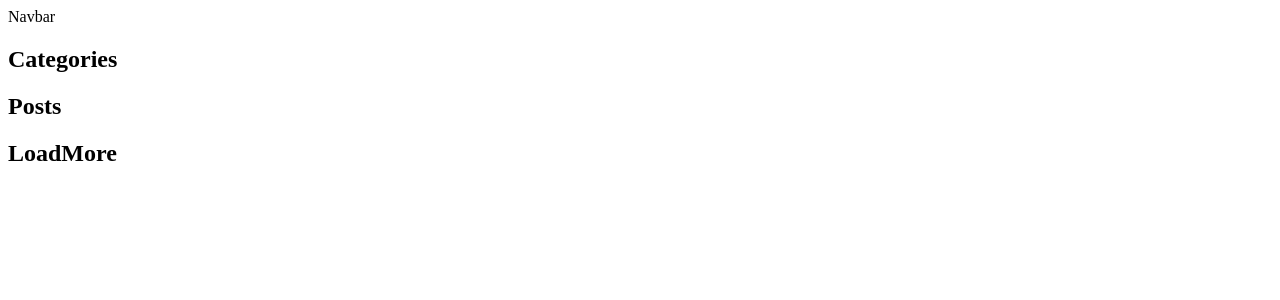
Repository: YUKIKAZE-nanoda/shigure_grafbase
Page: /
These files come from the project's save history. The page is drawn as it stood at one moment and after the next save; the edit follows.
The browser window is 1280 px wide. The pictures show the whole page.
The project was rebuilt for these pictures with package versions that can differ from the ones it lists, and the page was loaded fresh each time. The framework's server and built-in components were replaced by stand-ins that run in the browser. Also part of the build but not shown: next.config.js.

Above is the page before, as saved 2023-07-15 10:22:06.

After the next save:
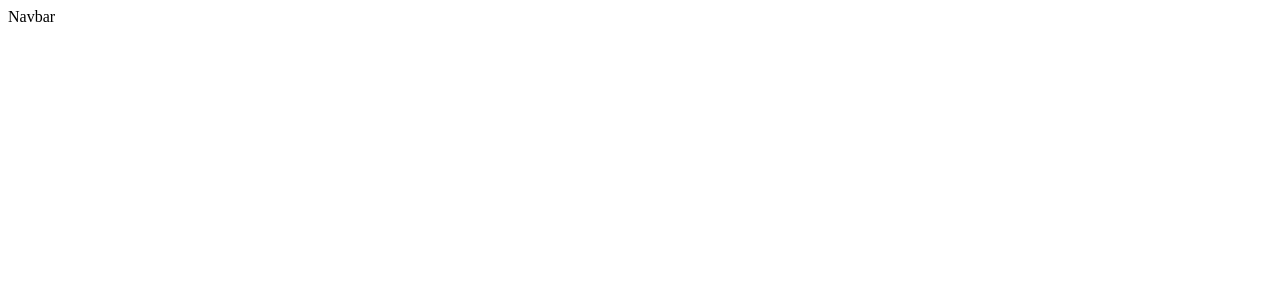
Saved 7 s later.
--- a/app/layout.tsx
+++ b/app/layout.tsx
@@ -13,7 +13,7 @@
       <body>
         Navbar
         <main></main>
-        {children}</body>
+        </body>
     </html>
   )
 }

After the 2 saves that followed:
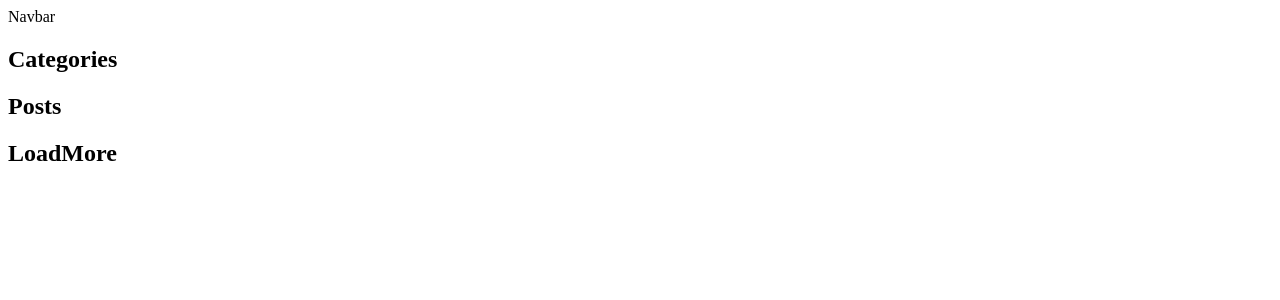
The 2 saves are shown as one change because they came seconds apart.
The last was saved 8 s later.
--- a/app/layout.tsx
+++ b/app/layout.tsx
@@ -12,7 +12,7 @@
     <html lang="en">
       <body>
         Navbar
-        <main></main>
+        <main>{children}</main>
         </body>
     </html>
   )
